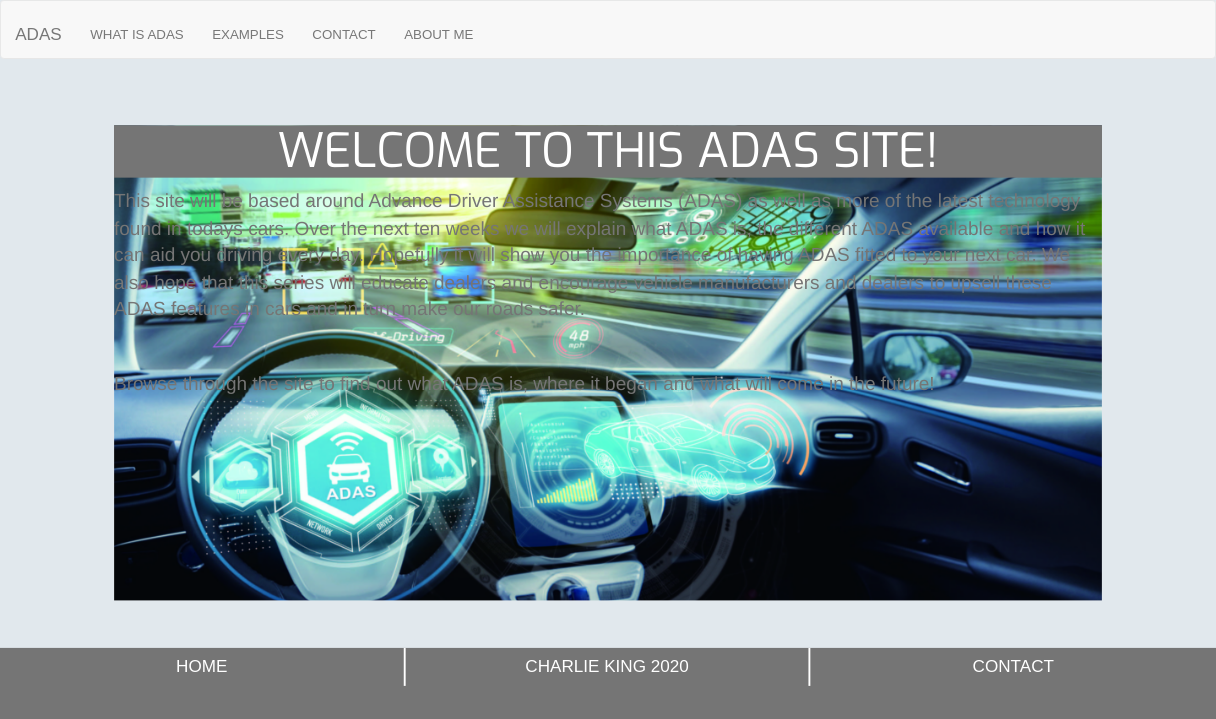
Repository: Cha-K28/First-Milestone-Project
Page: index.html
The author's editor kept a record of every edit. The page is drawn from the files as they stood at one moment, then again after the next edit.
The browser window is 1280 px wide. The pictures show the whole page, at 95% of full size.

Above is the page before.

### index.html
<!DOCTYPE html>
<html lang="en">

<head>
    <meta charset="utf-8">
    <meta name="viewport" content="width=device-width, initial-scale=1">
    <link rel="stylesheet" href="https://maxcdn.bootstrapcdn.com/bootstrap/3.4.1/css/bootstrap.min.css">
    <script src="https://ajax.googleapis.com/ajax/libs/jquery/3.4.1/jquery.min.js"></script>
    <script src="https://maxcdn.bootstrapcdn.com/bootstrap/3.4.1/js/bootstrap.min.js"></script>
    <link href="https://fonts.googleapis.com/css?family=Exo&display=swap" rel="stylesheet">

    <link rel="stylesheet" href="css/style.css" type="text/css" />
    <title>ADAS - What is it?</title>
</head>

<body>
    <!-- header  -->
    <header>
        <nav class="navbar navbar-default">
            <div class="container-fluid">
                <div class="navbar-header">
                    <a class="navbar-brand" href="index.html">ADAS</a>
                </div>
                <ul class="nav navbar-nav">
                    <li><a href="what_is_adas.html">What is ADAS</a></li>
                    <li><a href="examples.html">Examples</a></li>
                    <li><a href="contact.html">Contact</a></li>
                    <li><a href="about_me.html">About Me</a></li>
                </ul>
            </div>
        </nav>
    </header>
    <!-- End header  -->

    <!-- content -->
    <div class="container">

        <div class="background-image">


            <h1>Welcome to this ADAS site!</h1>

            <p>
                This site will be based around Advance Driver Assistance Systems (ADAS) as well as more of the latest technology found in todays cars. Over the next ten weeks we will explain what ADAS is, the different ADAS available and how it can aid you driving every
                day. Hopefully it will show you the importance of having ADAS fitted to your next car. We also hope that this series will educate dealers and encourage vehicle manufacturers and dealers to upsell these ADAS features in cars and in turn
                make our roads safer.
            </p>
            <p>
                Browse through the site to find out what ADAS is, where it began and what will come in the future!
            </p>

        </div>


    </div>

    <!-- End content -->

    <!-- footer -->
    <footer class="container-fluid">
        <div class="row">
            <div class="col-sm-4 footer_box">
                <h4><a href="index.html">Home</a></h4>
            </div>
            <div class="col-sm-4 footer_box">
                <h4>Charlie King 2020</h4>

            </div>

            <div class="col-sm-4">
                <h4><a href="contact.html">Contact</a></h4>


            </div>
        </div>



    </footer>

    <!-- End footer -->
</body>

</html>

### css/style.css
body {
  background-color: #e1e8ed;
}



.container {
  font-size: 20px;
  color: #757575;

}

.back-image {
  height: 100%;
  width: 100%;
  padding: 0px;
  border: solid 10px #53f2dd;
  border-radius: 50px;
  margin: 50px 10px 50px 10px;
}

.background-image {
  background-image: url(../images/background.png);
  background-size: cover;
  height: 500px; /* You must set a specified height */
  width: auto;
  background-position: center; /* Center the image */
  background-repeat: no-repeat; /* Do not repeat the image */
  margin: 50px;

}

p {
  margin-bottom: 50px;
}


img {

  margin-left: 75px;
  width: 300px;
  height: 200px;
  margin-top: 50px;
  border: solid;

}

input[type=email] {
  width: 100%;
  background-color: white;
  color: #757575;
  padding: 10px 20px;
  margin: 8px 0;
  border: solid #757575 1px;
  border-radius: 4px;
  cursor: pointer;

}

input[type=text] {
  width: 100%;
  background-color: white;
  color: #757575;
  padding: 10px 20px;
  margin: 8px 0;
  border: solid #757575 1px;
  border-radius: 4px;
  cursor: pointer;

}

input[type=submit] {
  width: 100px;
  height: 30px;
  border-radius: 25%;
  border: solid #757575 1px;
  margin-top: 10px;
  color: white;
  background-color: #757575;
  margin-bottom: 10px;

}

/* ----------------------------footer */

footer {
  background-color: #757575;
  height: 75px;
  position: relative;
  width: 100%;
  left: 0;
  bottom: 0;

}

h4,
a {
  margin-top: 10px;
  text-align: center;
  font-family: sans-serif;
  color: white;
  text-transform: uppercase;
}

.footer_box {
  border-right: solid 2px white;
}


h1 {
  text-align: center;
  text-transform: uppercase;
  font-size: 50px;
  font-family: 'Exo', sans-serif;
  background-color: #757575;
  color: white;

}

After the next edit:
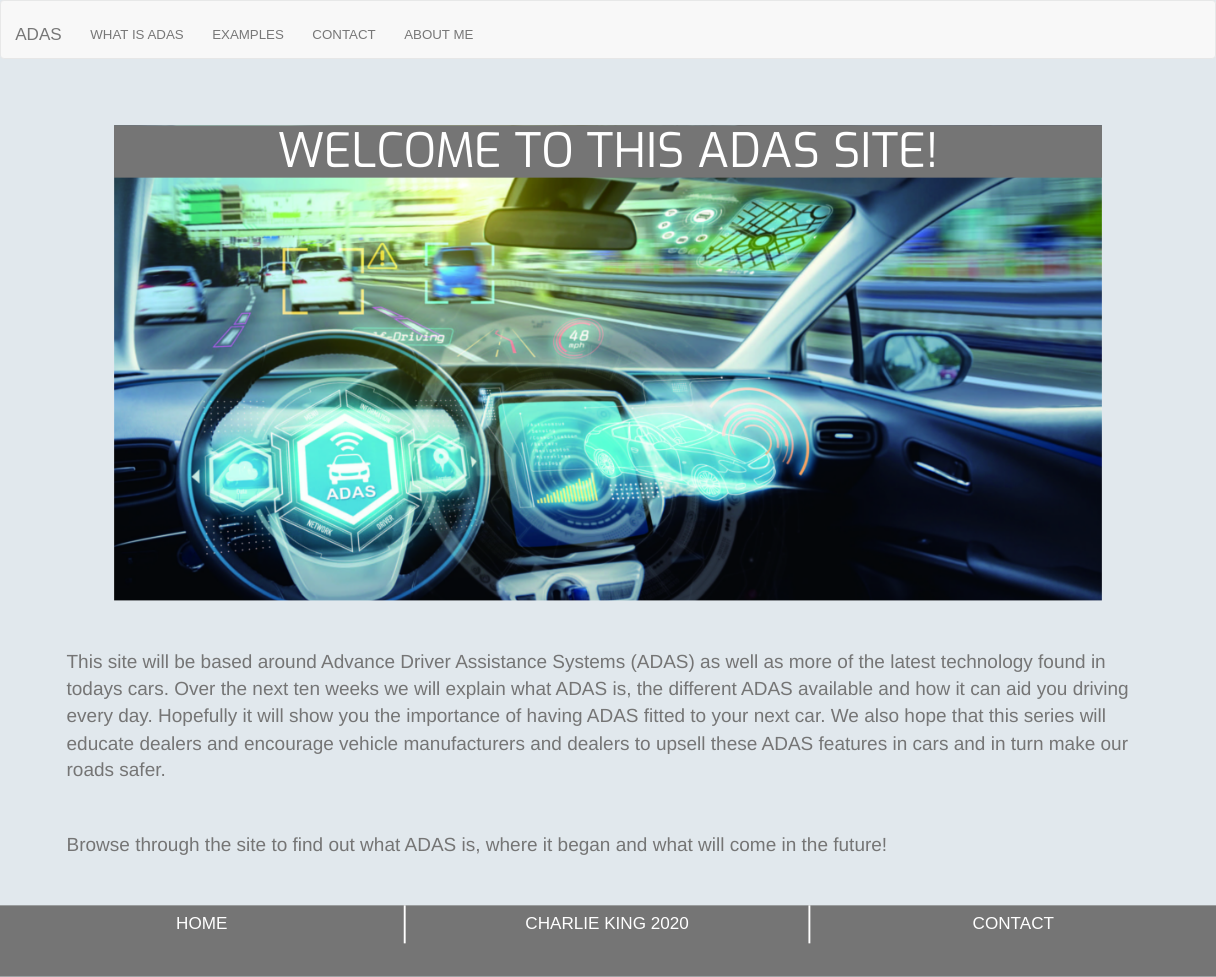
The edit:
--- a/index.html
+++ b/index.html
@@ -40,7 +40,10 @@
 
             <h1>Welcome to this ADAS site!</h1>
 
-            <p>
+
+        </div>
+
+         <p>
                 This site will be based around Advance Driver Assistance Systems (ADAS) as well as more of the latest technology found in todays cars. Over the next ten weeks we will explain what ADAS is, the different ADAS available and how it can aid you driving every
                 day. Hopefully it will show you the importance of having ADAS fitted to your next car. We also hope that this series will educate dealers and encourage vehicle manufacturers and dealers to upsell these ADAS features in cars and in turn
                 make our roads safer.
@@ -49,7 +52,6 @@
                 Browse through the site to find out what ADAS is, where it began and what will come in the future!
             </p>
 
-        </div>
 
 
     </div>
